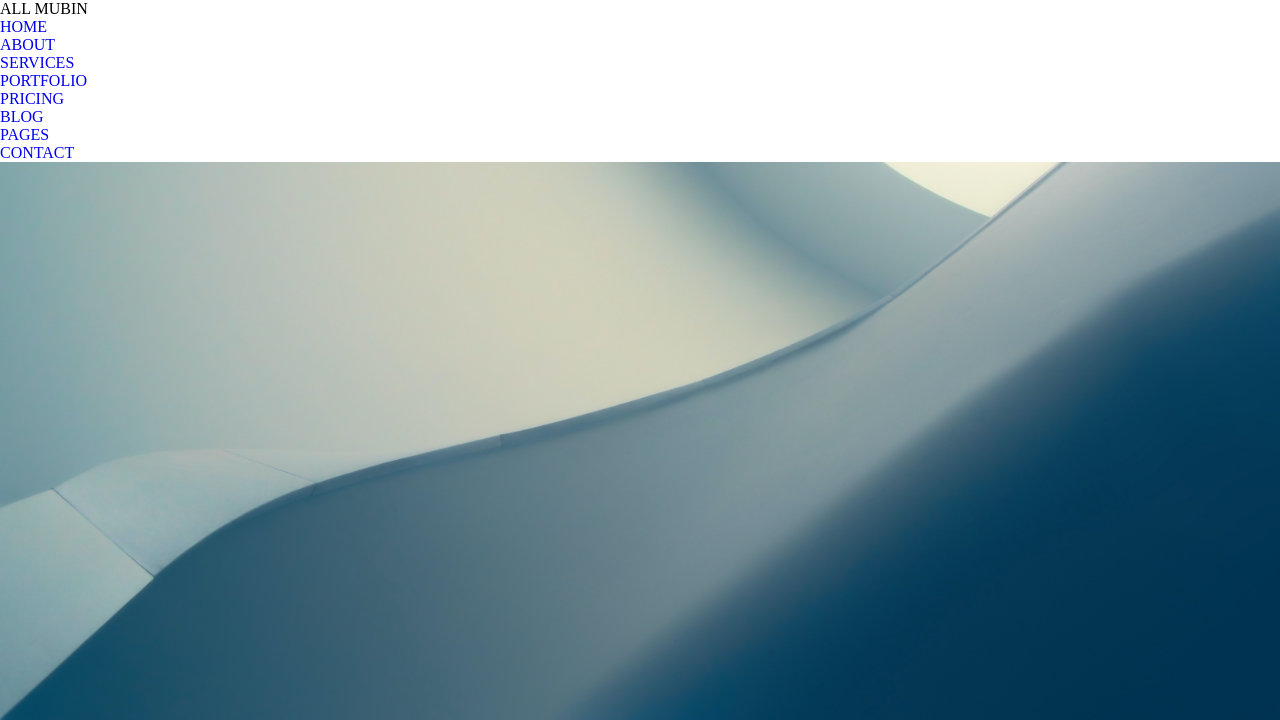
Repository: mdaj6804gmail/1-page-web-theme
Page: project 4/index.html
The author's editor kept a copy of each file at every save. The page is drawn from the files as they stood at one save, then again after the next save.
The browser window is 1280 px wide. The pictures show the whole page.

Above is the page before, as saved 2022-12-18 19:54:55.

### project 4/index.html
<!DOCTYPE html>
<html lang="en">
<head>
    <meta charset="UTF-8">
    <meta http-equiv="X-UA-Compatible" content="IE=edge">
    <meta name="viewport" content="width=device-width, initial-scale=1.0">
    <link rel="stylesheet" href="style.css">
    <title>Document</title>
</head>
<body>
    <header>
        <div class="logo">All Mubin </div>
        <nav>
            <ul>
                <li><a href="#">home</a></li>
                <li><a href="#">about</a></li>
                <li><a href="#">services</a></li>
                <li><a href="#">portfolio</a></li>
                <li><a href="#">pricing</a></li>
                <li><a href="#">blog</a>
                    <!-- <ul>
                        <li><a href="#">Blog home</a></li>
                        <li><a href="#">Blog single</a></li>
                    </ul> -->
                </li>
                <li><a href="#">pages</a>
                     <!-- <ul>
                        <li><a href="#">Elements</a></li>
                        <li><a href="#">Level</a>
                        <ul>
                            <li><a href="#">item one</a></li>
                            <li><a href="#">item two</a></li>
                        </ul>
                        </li>
                     </ul> -->
                </li>
                <li><a href="#">contact</a></li>
            </ul>
        </nav>
    </header>

</body>
</html>

### project 4/style.css
*{
    padding: 0;
    margin: 0;
    box-sizing: border-box;
    text-decoration: none;
    list-style: none;
    text-transform: uppercase;
}

body{
    min-height: 100vh;
    background-image: url(pexels-johannes-plenio-1103970.jpg);
    background-attachment: fixed;
    background-position:center;
    background-repeat: no-repeat;
    background-size: 100% 100%;

}


header{
    position: fixed;
    top: 0;
    left: 0;
    right: 0;
    background: #FFF;
    box-shadow: 0;
}

After the next save:
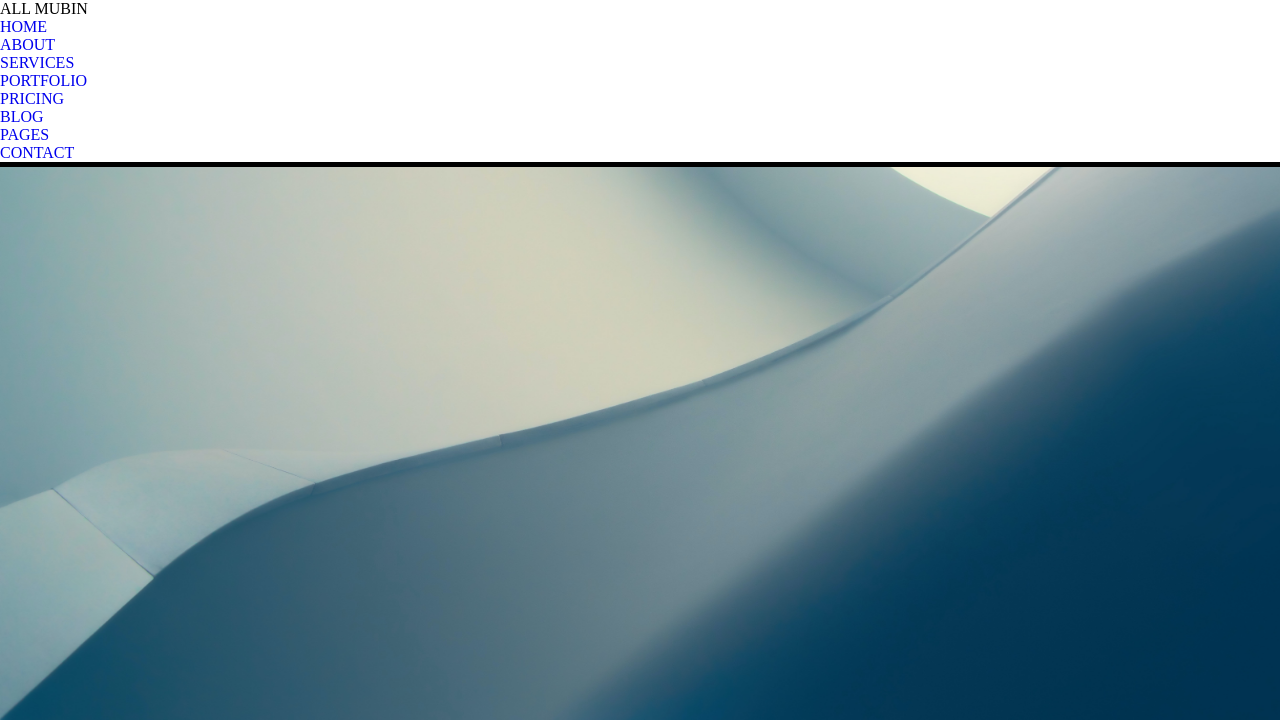
Saved 5 s later.
--- a/project 4/style.css
+++ b/project 4/style.css
@@ -24,5 +24,5 @@
     left: 0;
     right: 0;
     background: #FFF;
-    box-shadow: 0;
+    box-shadow: 0 5px ;
 }
